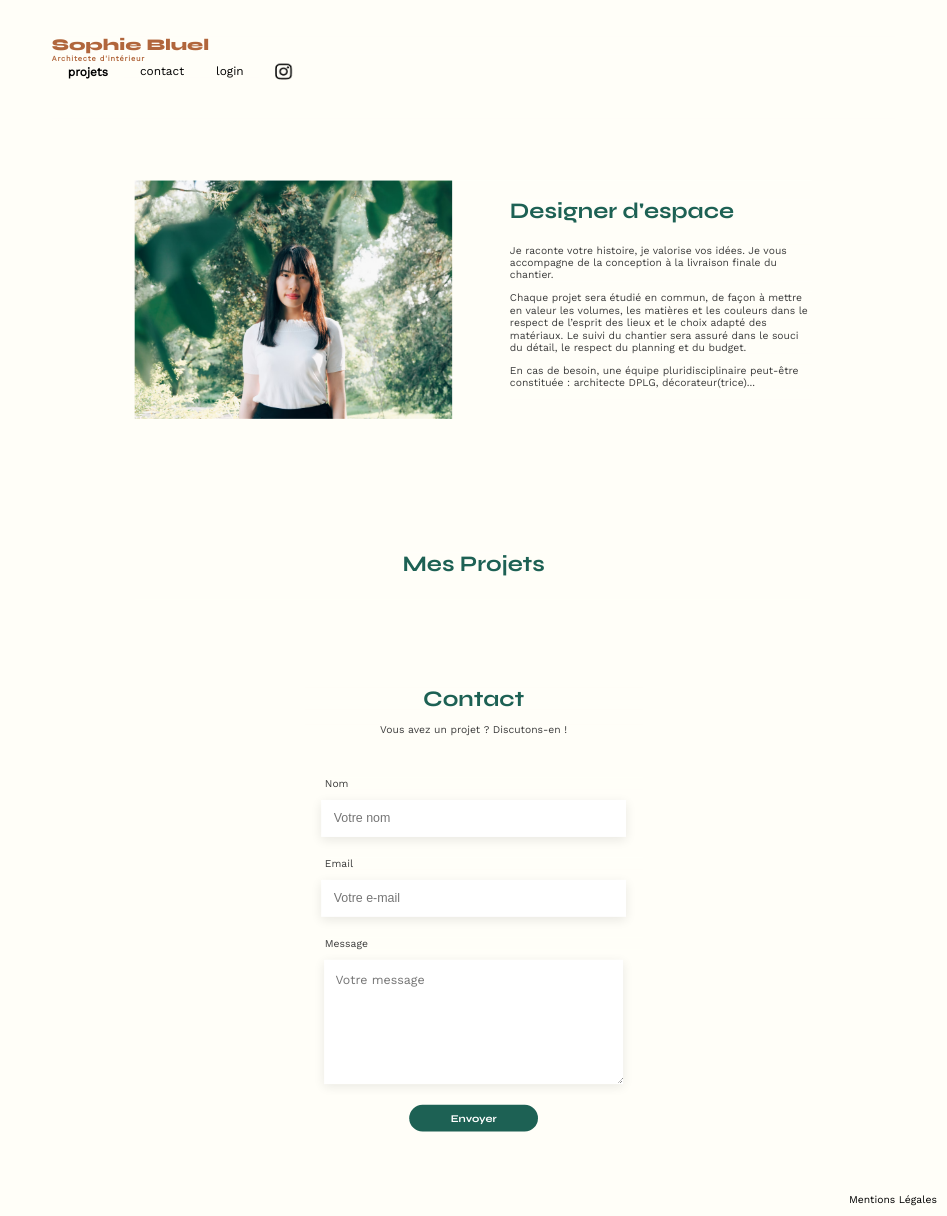
Repository: BlueSoley23/openclassrooms
Page: FrontEnd/index.html
The author's editor kept a copy of each file at every save. The page is drawn from the files as they stood at one save, then again after the next save.
The browser window is 1280 px wide. The pictures show the whole page, at 74% of full size.
The page's requests for data from a server got no answer.

Above is the page before, as saved 2023-12-21 07:30:42.
Console error: TypeError: categories is not iterable

After the next save:
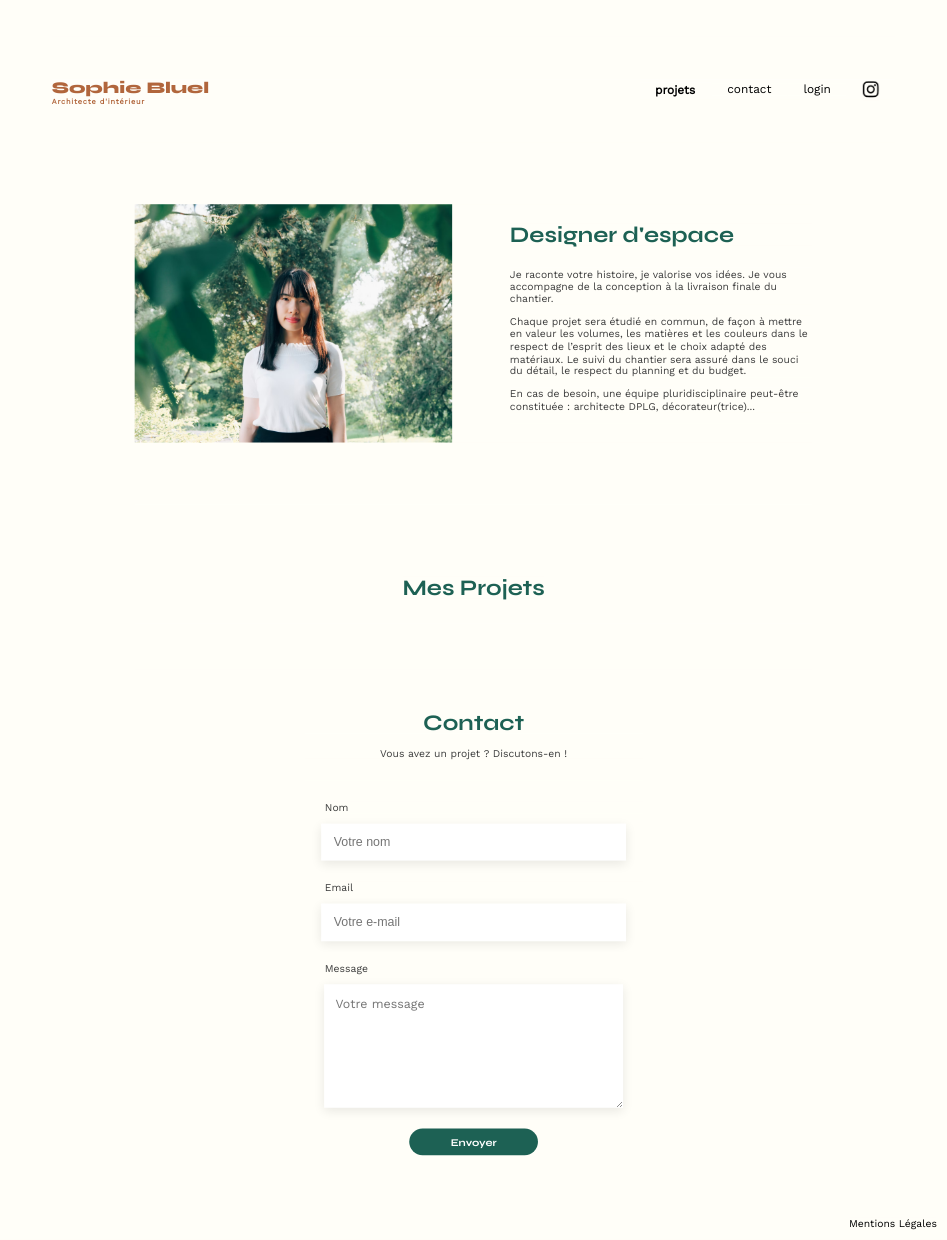
Saved 7 s later.
--- a/FrontEnd/index.html
+++ b/FrontEnd/index.html
@@ -80,7 +80,7 @@
 			<p class="edit-bar__title">Mode édition</p>
 		</div>
 
-
+		<div class="header-block">
 			<!-- En-tête de la page contenant un titre et un sous titre-->
 			<!-- Elements : title /  subtitle -->
 			<a href="./index.html"><h1 class="header__title">Sophie Bluel <span class="header__subtitle">Architecte d'intérieur</span></h1></a>

After the save that followed:
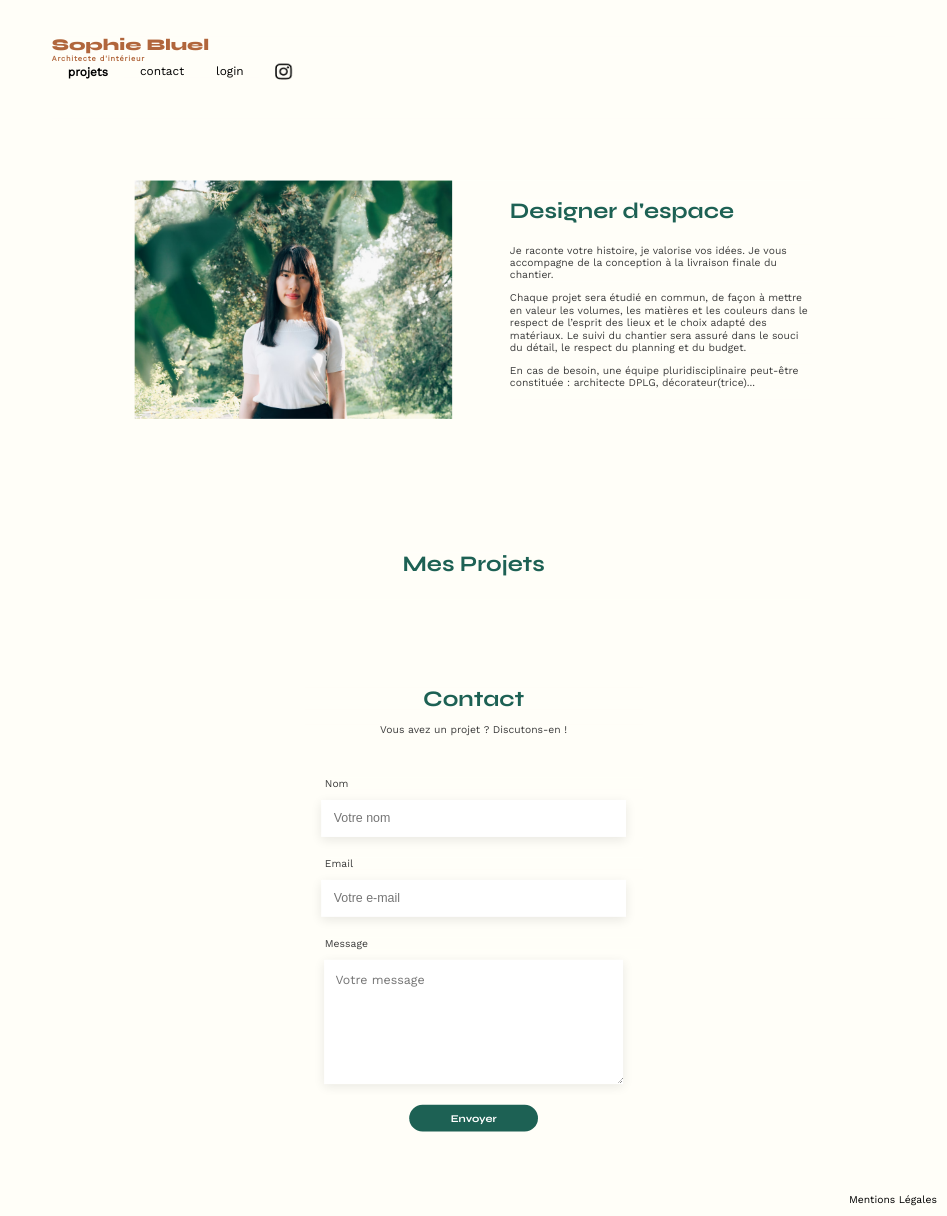
Saved 7 s later.
--- a/FrontEnd/index.html
+++ b/FrontEnd/index.html
@@ -80,7 +80,7 @@
 			<p class="edit-bar__title">Mode édition</p>
 		</div>
 
-		<div class="header-block">
+
 			<!-- En-tête de la page contenant un titre et un sous titre-->
 			<!-- Elements : title /  subtitle -->
 			<a href="./index.html"><h1 class="header__title">Sophie Bluel <span class="header__subtitle">Architecte d'intérieur</span></h1></a>
@@ -104,7 +104,6 @@
 				</ul>
 
 			</nav>
-		</div>
 	</header>
 
 	<!-- Contenu principal de la page -->
